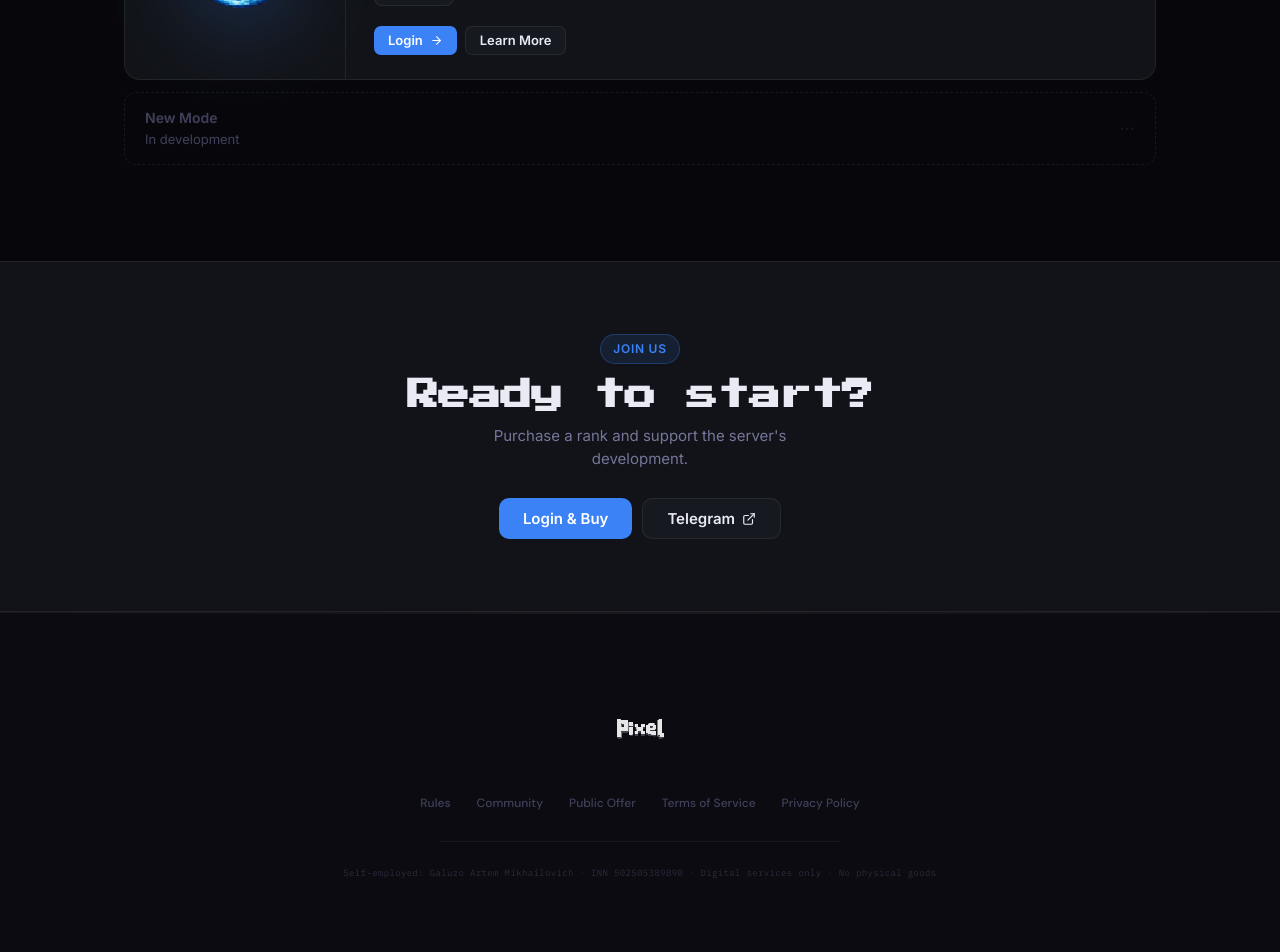
Repository: vanzero1448/sdfsdfsdfsdfsdfvhjvdfbudfgib
Page: / (app in front/)
These files come from the project's save history. The page is drawn as it stood at one moment and after a run of saves; the edit follows.
The browser window is 1280 px wide. The pictures show the part of the page from y = 1085 to 2037 px (the page is 2037 px tall).
Some web libraries are served in a nearby version. The project was rebuilt for these pictures with package versions that can differ from the ones it lists, and the page was loaded fresh each time. Also part of the build but not shown: front/next.config.mjs, front/vite.config.ts, front/app/Donate.tsx.

Above is the page before, as saved 2026-02-25 12:30:19.

### front/index.html
<!doctype html>
<html lang="ru">
  <head>
    <meta charset="UTF-8" />
    <meta name="viewport" content="width=device-width, initial-scale=1.0" />
    <title>IceTale | Hytale Server</title>
    <script src="https://cdn.tailwindcss.com"></script>
    <link
      href="https://fonts.googleapis.com/css2?family=Press+Start+2P&family=VT323&display=swap"
      rel="stylesheet"
    />
    <style>
      :root {
        --accent: #67e8f9;
      }
      body {
        font-family: "VT323", monospace;
        background-color: #0b162d;
        color: #e2e8f0;
        overflow-x: hidden;
        image-rendering: pixelated;
      }
      h1,
      h2,
      h3,
      h4,
      h5,
      h6 {
        font-family: "Press Start 2P", cursive;
      }

      /* Pixel scrollbar */
      ::-webkit-scrollbar {
        width: 18px;
      }
      ::-webkit-scrollbar-track {
        background: #0b162d;
        border-left: 3px solid #334155;
      }
      ::-webkit-scrollbar-thumb {
        background: #67e8f9;
        border: 3px solid #0b162d;
        box-shadow: inset 0 0 0 2px #000;
      }

      .pixel-box {
        background: #162a4a;
        border: 4px solid #000;
        box-shadow: 10px 10px 0 #000;
      }

      .pixel-btn {
        display: inline-block;
        border: 4px solid #000;
        background-color: #67e8f9;
        color: #0b162d;
        font-family: "VT323", monospace;
        font-size: 1.6rem;
        text-transform: uppercase;
        padding: 16px 32px;
        cursor: pointer;
        box-shadow:
          inset -6px -6px 0 rgba(0, 0, 0, 0.6),
          inset 6px 6px 0 rgba(255, 255, 255, 0.4);
        transition: all 0.1s linear;
      }
      .pixel-btn:hover {
        background-color: #a5f3fc;
      }
      .pixel-btn:active {
        transform: translate(4px, 4px);
        box-shadow:
          inset -3px -3px 0 rgba(0, 0, 0, 0.6),
          inset 3px 3px 0 rgba(255, 255, 255, 0.4);
      }

      .neon-cyan {
        text-shadow:
          0 0 10px #67e8f9,
          0 0 20px #67e8f9,
          4px 4px 0 #000;
      }

      .text-shadow-pixel {
        text-shadow: 4px 4px 0 #000;
      }

      .scanlines {
        background: linear-gradient(
          to bottom,
          transparent 50%,
          rgba(0, 0, 0, 0.25) 50%
        );
        background-size: 100% 6px;
        position: fixed;
        inset: 0;
        pointer-events: none;
        z-index: 9999;
        opacity: 0.2;
        mix-blend-mode: overlay;
      }
    </style>
    <script type="importmap">
      {
        "imports": {
          "react-dom/": "https://esm.sh/react-dom@^19.2.4/",
          "@google/genai": "https://esm.sh/@google/genai@^1.42.0",
          "lucide-react": "https://esm.sh/lucide-react@^0.575.0",
          "react/": "https://esm.sh/react@^19.2.4/",
          "react": "https://esm.sh/react@^19.2.4"
        }
      }
    </script>
  </head>
  <body>
    <div id="root"></div>
    <script type="module" src="/index.tsx"></script>
  </body>
</html>

### front/index.tsx
import React from "react";
import ReactDOM from "react-dom/client";
import "./index.css";
import App from "./App";

const root = ReactDOM.createRoot(
  document.getElementById("root") as HTMLElement,
);

root.render(
  <React.StrictMode>
    <App />
  </React.StrictMode>,
);

### front/App.tsx
import React, { useState, useEffect } from "react";
import { Navbar } from "./components/Navbar";
import { Footer } from "./components/Footer";
import { Home } from "./app/Home";
import { Donate } from "./app/Donate";
import { Community } from "./app/Community";
import { Rules } from "./app/Rules";
import { Offer } from "./app/Offer";
import { Terms } from "./app/Terms";
import { Privacy } from "./app/Privacy";
import { Page } from "./types";

export default function App() {
  const [page, setPage] = useState<Page>(Page.HOME);

  useEffect(() => {
    window.scrollTo({ top: 0, behavior: "smooth" });
  }, [page]);

  const render = () => {
    switch (page) {
      case Page.HOME:
        return <Home onNavigate={setPage} />;
      case Page.DONATE:
        return <Donate />;
      case Page.COMMUNITY:
        return <Community />;
      case Page.RULES:
        return <Rules />;
      case Page.OFFER:
        return <Offer />;
      case Page.TERMS:
        return <Terms />;
      case Page.PRIVACY:
        return <Privacy />;
      default:
        return <Home onNavigate={setPage} />;
    }
  };

  return (
    <>
      <Navbar currentPage={page} onNavigate={setPage} />
      <main>{render()}</main>
      <Footer onNavigate={setPage} />
    </>
  );
}

### front/components/Navbar.tsx
import React, { useState, useEffect } from "react";
import { Menu, X } from "lucide-react";
import { Page, NavItem } from "../types";

interface Props {
  currentPage: Page;
  onNavigate: (p: Page) => void;
}

const LINKS: NavItem[] = [
  { label: "Home", page: Page.HOME },
  { label: "Store", page: Page.DONATE },
  { label: "Rules", page: Page.RULES },
  { label: "Community", page: Page.COMMUNITY },
];

export const Navbar: React.FC<Props> = ({ currentPage, onNavigate }) => {
  const [solid, setSolid] = useState(false);
  const [open, setOpen] = useState(false);

  useEffect(() => {
    const fn = () => setSolid(window.scrollY > 20);
    window.addEventListener("scroll", fn);
    return () => window.removeEventListener("scroll", fn);
  }, []);

  const go = (p: Page) => {
    onNavigate(p);
    setOpen(false);
  };

  return (
    <nav className={`navbar ${solid ? "solid" : ""}`}>
      <div className="navbar-inner">
        {/* Логотип (только картинка, без текста) */}
        <button
          className="logo"
          onClick={() => go(Page.HOME)}
          style={{
            padding: 0,
            border: "none",
            background: "transparent",
            cursor: "pointer",
            display: "flex",
            alignItems: "center",
          }}
        >
          <img
            src="/img/ice.png"
            alt="Pixel Logo"
            style={{ width: 100, height: 600, objectFit: "contain" }}
          />
        </button>

        <div className="nav-links">
          {LINKS.map((l) => (
            <button
              key={l.page}
              className={`nav-link ${currentPage === l.page ? "active" : ""}`}
              onClick={() => go(l.page)}
            >
              {l.label}
            </button>
          ))}
          <div className="nav-sep" />
          <div style={{ display: "flex", alignItems: "center", gap: 6 }}>
            <div className="online-dot" />
            <span style={{ fontSize: 13, color: "var(--t2)", fontWeight: 500 }}>
              Online
            </span>
          </div>
        </div>

        <button className="nav-mobile-btn" onClick={() => setOpen(!open)}>
          {open ? <X size={20} /> : <Menu size={20} />}
        </button>
      </div>

      {open && (
        <div className="nav-mobile-menu">
          {LINKS.map((l) => (
            <button
              key={l.page}
              className={`nav-mobile-link ${currentPage === l.page ? "active" : ""}`}
              onClick={() => go(l.page)}
            >
              {l.label}
            </button>
          ))}
        </div>
      )}
    </nav>
  );
};

### front/app/Home.tsx
import React, { useState } from "react";
import {
  Copy,
  Check,
  ArrowRight,
  ExternalLink,
  LogIn,
  User,
} from "lucide-react";
import { Page } from "../types";
// Ensure AuthModal is imported in your actual code:
// import { AuthModal } from "./AuthModal";

interface Props {
  onNavigate: (p: Page) => void;
}

export const Home: React.FC<Props> = ({ onNavigate }) => {
  const [copied, setCopied] = useState(false);
  const [showAuth, setShowAuth] = useState(false);
  const [launcherTokens, setLauncherTokens] = useState<any>(null);

  const copy = () => {
    navigator.clipboard.writeText("play.pixel.net").catch(() => {});
    setCopied(true);
    setTimeout(() => setCopied(false), 2000);
  };

  const handleLoginSuccess = (tokens: any) => {
    setLauncherTokens(tokens);
    setShowAuth(false);
  };

  return (
    <>
      <style>{`
        @keyframes float {
          0%, 100% { transform: translateY(0px) rotate(-1deg); }
          50%       { transform: translateY(-14px) rotate(1deg); }
        }
        .survival-img {
          animation: float 5s ease-in-out infinite;
          filter: drop-shadow(0 20px 40px rgba(59,130,246,0.25));
        }
      `}</style>

      {/* AuthModal - Requires the component to be imported */}
      {showAuth && (
        <div className="auth-modal-placeholder">
          {/* <AuthModal onClose={() => setShowAuth(false)} onLoginSuccess={handleLoginSuccess} onNavigate={onNavigate} /> */}
        </div>
      )}

      {/* ── HERO ── */}
      <section className="hero">
        <div className="hero-bg">
          <video
            autoPlay
            loop
            muted
            playsInline
            style={{ width: "100%", height: "100%", objectFit: "cover" }}
          >
            <source src="/img/fight.mp4" type="video/mp4" />
            <img
              src="/img/view.jpeg"
              alt="Background"
              style={{ width: "100%", height: "100%", objectFit: "cover" }}
            />
          </video>
        </div>
        <div className="hero-scrim" />

        <div className="container hero-content" style={{ width: "100%" }}>
          <div style={{ maxWidth: 600 }}>
            <div className="fade-in d1" style={{ marginBottom: 24 }}>
              <div className="status-pill">
                <div className="online-dot" />
                <span style={{ color: "var(--t2)" }}>
                  Server is online · Hytale Alpha
                </span>
              </div>
            </div>

            <h1
              className="fade-up d2"
              style={{
                fontSize: 72,
                fontWeight: 800,
                color: "#fff",
                marginBottom: 20,
                lineHeight: 1.05,
              }}
            >
              First
              <br />
              <span style={{ color: "var(--blue)" }}>and best</span>
            </h1>

            <p
              className="fade-up d3"
              style={{
                fontSize: 17,
                color: "rgba(255,255,255,0.6)",
                lineHeight: 1.7,
                marginBottom: 36,
                maxWidth: 460,
              }}
            >
              Build networks, gather factions, explore the system. Pixel is a
              next-generation Hytale server.
            </p>

            <div
              className="fade-up d4"
              style={{ display: "flex", gap: 10, flexWrap: "wrap" }}
            >
              {launcherTokens ? (
                <button
                  className="btn btn-blue btn-lg"
                  onClick={() => onNavigate(Page.DONATE)}
                >
                  <User size={16} />
                  {launcherTokens.uuid?.slice(0, 8)}… · Play Now
                  <ArrowRight size={16} />
                </button>
              ) : (
                <button
                  className="btn btn-blue btn-lg"
                  onClick={() => setShowAuth(true)}
                >
                  <LogIn size={16} />
                  Login & Play
                </button>
              )}

              <button className="btn btn-ghost btn-lg" onClick={copy}>
                {copied ? (
                  <>
                    <Check size={15} /> Copied
                  </>
                ) : (
                  <>
                    <Copy size={15} /> play.pixel.net
                  </>
                )}
              </button>
            </div>
          </div>
        </div>

        <div
          style={{
            position: "absolute",
            bottom: 32,
            left: "50%",
            transform: "translateX(-50%)",
            opacity: 0.35,
          }}
        >
          <div
            style={{
              width: 1,
              height: 48,
              background: "linear-gradient(to bottom, white, transparent)",
            }}
          />
        </div>
      </section>

      {/* ── MODES ── */}
      <section className="section" style={{ background: "var(--bg)" }}>
        <div className="container">
          <div style={{ marginBottom: 36 }}>
            <div className="tag" style={{ marginBottom: 12 }}>
              Game Modes
            </div>
            <h2 style={{ fontSize: 34, fontWeight: 700 }}>
              Choose your journey
            </h2>
          </div>

          <div
            className="card"
            style={{ marginBottom: 12, overflow: "visible" }}
          >
            <div
              style={{
                display: "flex",
                alignItems: "center",
                flexWrap: "wrap",
                gap: 0,
              }}
            >
              <div
                style={{
                  width: 220,
                  flexShrink: 0,
                  display: "flex",
                  alignItems: "center",
                  justifyContent: "center",
                  padding: "24px 16px 24px 28px",
                }}
              >
                <img
                  src="/img/survival.jpg"
                  alt="Survival ONE"
                  className="survival-img"
                  style={{
                    width: "100%",
                    maxWidth: 170,
                    height: "auto",
                    objectFit: "contain",
                    display: "block",
                  }}
                />
              </div>

              <div
                style={{
                  width: 1,
                  alignSelf: "stretch",
                  background: "var(--line)",
                  flexShrink: 0,
                }}
              />

              <div style={{ flex: 1, padding: "24px 28px", minWidth: 220 }}>
                <div
                  style={{
                    display: "flex",
                    alignItems: "center",
                    gap: 8,
                    marginBottom: 10,
                  }}
                >
                  <div className="pill">Available</div>
                  <h3 style={{ fontSize: 18, fontWeight: 700 }}>
                    Survival ONE
                  </h3>
                </div>

                <p
                  style={{
                    color: "var(--t2)",
                    fontSize: 14,
                    lineHeight: 1.65,
                    marginBottom: 20,
                  }}
                >
                  Hardcore survival with unique world generation, technical
                  artifacts, and a complex faction system.
                </p>

                <div
                  style={{
                    display: "flex",
                    alignItems: "center",
                    gap: 10,
                    marginBottom: 20,
                  }}
                >
                  <div
                    style={{
                      background: "var(--bg-2)",
                      border: "1px solid var(--line)",
                      borderRadius: 8,
                      padding: "8px 16px",
                      display: "flex",
                      flexDirection: "column",
                      alignItems: "center",
                      minWidth: 80,
                    }}
                  >
                    <span
                      style={{
                        fontSize: 22,
                        fontWeight: 700,
                        color: "var(--t1)",
                        letterSpacing: "-0.04em",
                        lineHeight: 1,
                      }}
                    >
                      500
                    </span>
                    <span
                      style={{
                        fontSize: 11,
                        fontWeight: 600,
                        color: "var(--t3)",
                        textTransform: "uppercase",
                        letterSpacing: ".07em",
                        marginTop: 3,
                      }}
                    >
                      slots
                    </span>
                  </div>
                </div>

                <div style={{ display: "flex", gap: 8, flexWrap: "wrap" }}>
                  <button
                    className="btn btn-blue btn-sm"
                    onClick={() =>
                      launcherTokens
                        ? onNavigate(Page.DONATE)
                        : setShowAuth(true)
                    }
                  >
                    {launcherTokens ? "Play Now" : "Login"}{" "}
                    <ArrowRight size={13} />
                  </button>
                  <button
                    className="btn btn-ghost btn-sm"
                    onClick={() => onNavigate(Page.COMMUNITY)}
                  >
                    Learn More
                  </button>
                </div>
              </div>
            </div>
          </div>

          <div
            style={{
              border: "1px dashed rgba(255,255,255,0.07)",
              borderRadius: 12,
              padding: "14px 20px",
              display: "flex",
              justifyContent: "space-between",
              alignItems: "center",
              color: "var(--t3)",
            }}
          >
            <div>
              <div style={{ fontWeight: 600, fontSize: 14, marginBottom: 2 }}>
                New Mode
              </div>
              <div style={{ fontSize: 13 }}>In development</div>
            </div>
            <div style={{ fontSize: 18, opacity: 0.3 }}>···</div>
          </div>
        </div>
      </section>

      {/* ── CTA ── */}
      <section
        style={{
          background: "var(--bg-1)",
          padding: "72px 0",
          borderTop: "1px solid var(--line)",
          borderBottom: "1px solid var(--line)",
        }}
      >
        <div
          className="container"
          style={{
            display: "flex",
            flexDirection: "column",
            alignItems: "center",
            textAlign: "center",
          }}
        >
          <div className="tag" style={{ marginBottom: 14 }}>
            Join Us
          </div>
          <h2 style={{ fontSize: 32, fontWeight: 700, marginBottom: 12 }}>
            Ready to start?
          </h2>
          <p
            style={{
              color: "var(--t2)",
              fontSize: 15,
              marginBottom: 28,
              maxWidth: 360,
            }}
          >
            Purchase a rank and support the server's development.
          </p>
          <div
            style={{
              display: "flex",
              gap: 10,
              flexWrap: "wrap",
              justifyContent: "center",
            }}
          >
            <button
              className="btn btn-blue btn-lg"
              onClick={() =>
                launcherTokens ? onNavigate(Page.DONATE) : setShowAuth(true)
              }
            >
              {launcherTokens ? "Go to Store" : "Login & Buy"}
            </button>
            <a
              href="https://t.me/pixelhyt"
              target="_blank"
              rel="noopener noreferrer"
              className="btn btn-ghost btn-lg"
              style={{ textDecoration: "none" }}
            >
              Telegram <ExternalLink size={14} />
            </a>
          </div>
        </div>
      </section>
    </>
  );
};

### front/types.ts
export enum Page {
  HOME = "home",
  DONATE = "donate",
  COMMUNITY = "community",
  RULES = "rules",
  OFFER = "offer",
  TERMS = "terms",
  PRIVACY = "privacy",
}

export interface NavItem {
  label: string;
  page: Page;
}

export interface Rank {
  id: string;
  name: string;
  price: number;
  features: string[];
  color: string;
  popular?: boolean;
}

export interface ChatMessage {
  id: string;
  role: "user" | "model";
  text: string;
  timestamp: Date;
}

Loaded but not shown: front/app/Offer.tsx (418 lines, source omitted); front/app/Privacy.tsx (419 lines, source omitted); front/app/Terms.tsx (404 lines, source omitted); front/app/Rules.tsx (494 lines, source omitted); front/app/Community.tsx (364 lines, source omitted); front/index.css (677 lines, source omitted); front/components/Footer.tsx (75 lines, source omitted)

After the next 2 saves:
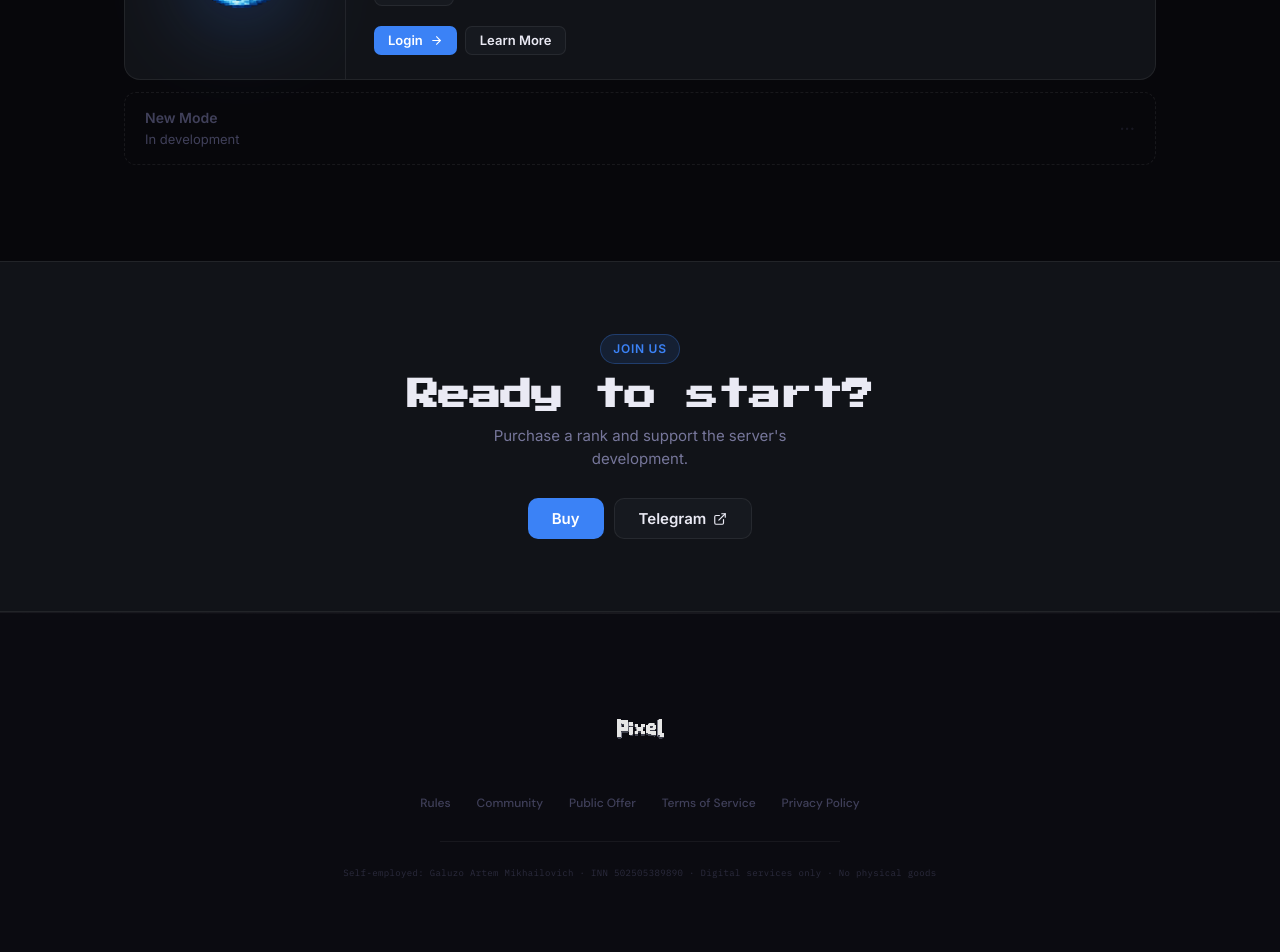
The 2 saves are shown as one change because they came seconds apart.
The last was saved 17 s later.
--- a/front/app/Home.tsx
+++ b/front/app/Home.tsx
@@ -391,7 +391,7 @@ export const Home: React.FC<Props> = ({ onNavigate }) => {
                 launcherTokens ? onNavigate(Page.DONATE) : setShowAuth(true)
               }
             >
-              {launcherTokens ? "Go to Store" : "Login & Buy"}
+              {launcherTokens ? "Go to Store" : "Buy"}
             </button>
             <a
               href="https://t.me/pixelhyt"
